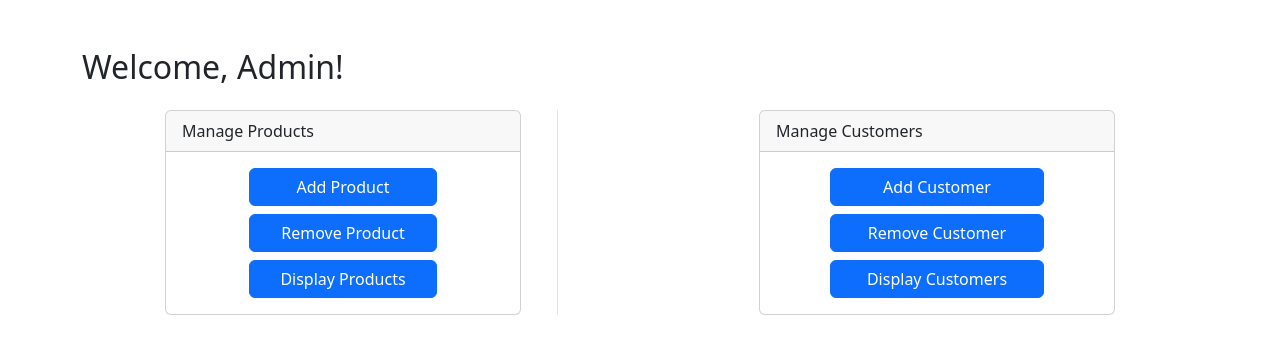
Repository: satvikagrasani/Layered-Architecture
Page: http://localhost/OnlineShoppingSystem/admindashboard.jsp
The author's editor kept a copy of each file at every save. The page is drawn from the files as they stood at one save, then again after the next save.
The browser window is 1280 px wide. The pictures show the whole page.
The page is served by Tomcat 9.

Above is the page before, as saved 2023-09-04 16:59:54.

### Layered Architecture/OnlineShoppingSystem/src/main/webapp/admindashboard.jsp
<%@ page language="java" contentType="text/html; charset=ISO-8859-1"
    pageEncoding="ISO-8859-1"%>
<!doctype html>
<html lang="en">
  <head>
    <meta charset="utf-8">
    <meta name="viewport" content="width=device-width, initial-scale=1">
    <title>Bootstrap demo</title>
    <link href="https://cdn.jsdelivr.net/npm/bootstrap@5.3.1/dist/css/bootstrap.min.css" rel="stylesheet" integrity="sha384-4bw+/aepP/YC94hEpVNVgiZdgIC5+VKNBQNGCHeKRQN+PtmoHDEXuppvnDJzQIu9" crossorigin="anonymous">

    <style>
    .line {
        border-top: 1px solid #ccc; /* Horizontal line color */
        width: 100%;
        max-width: 50px; /* Adjust the width of the line as needed */
    }
	</style>

  </head>
  <body>

    <div class="alert alert-${status}" role="alert" id="errorAlert">
	    ${successMessage}
	</div>

            <script>
                setTimeout(function() {
                    var errorAlert = document.getElementById('errorAlert');
                    if (errorAlert) {
                        errorAlert.style.display = 'none';
                    }
                }, 4000); // Hide after 4 seconds
            </script>





    <div class="container mt-5">
        <h2>Welcome, Admin!</h2>
        <div class="row mt-4 justify-content-center">
            <div class="col-md-4">
                <div class="card">
                    <div class="card-header">Manage Products</div>
                    <div class="card-body">

                        <div class="d-grid gap-2 col-7 mx-auto">
						  <button type="button" class="btn btn-primary" data-bs-toggle="modal" data-bs-target="#exampleModalp1"> Add Product </button>
						  <button type="button" class="btn btn-primary" data-bs-toggle="modal" data-bs-target="#exampleModalp2"> Remove Product </button>
						  <a type="button" class="btn btn-primary" href="${pageContext.request.contextPath}/displayProducts?method=get">Display Products</a>
					   </div>

                    </div>


                    <div class="modal fade" id="exampleModalp1" tabindex="-1" aria-labelledby="exampleModalLabel" aria-hidden="true">
					  <div class="modal-dialog">

					    <div class="modal-content">
					      <div class="modal-header">
					        <h1 class="modal-title fs-5" id="exampleModalLabel">Add Product</h1>
					        <button type="button" class="btn-close" data-bs-dismiss="modal" aria-label="Close"></button>
					      </div>

					      <div class="modal-body">

					        <div class="container">
					        	<form action="${pageContext.request.contextPath}/productData" method="post">
								  <div class="mb-3">
								    <label for="pno" class="form-label">Product no</label>
								    <input type="number" name="pno" class="form-control" id="pno" aria-describedby="emailHelp">
								  </div>
								  <div class="mb-3">
								    <label for="pname" class="form-label">Product name</label>
								    <input type="text" name="pname" class="form-control" id="pname">
								  </div>
								  <div class="mb-3">
								    <label for="pprice" class="form-label">Product price</label>
								    <input type="number" name="pprice" class="form-control" id="pprice">
								  </div>
								  <div class="mb-3">
								    <label for="pquant" class="form-label">Product quantity</label>
								    <input type="number" name="pquant" class="form-control" id="pquant">
								  </div>
								  <div class="mb-3">
								    <label for="pdquant" class="form-label">Product discount</label>
								    <input type="number" name="pdquant" class="form-control" id="pdquant">
								  </div>
								  <button type="submit" class="btn btn-primary">Submit</button>
								</form>
					        </div>

					      </div>

					    </div>
					  </div>
					</div>



					<div class="modal fade" id="exampleModalp2" tabindex="-1" aria-labelledby="exampleModalLabel" aria-hidden="true">
					  <div class="modal-dialog">
					    <div class="modal-content">
					      <div class="modal-header">
					        <h1 class="modal-title fs-5" id="exampleModalLabel">Remove Product</h1>
					        <button type="button" class="btn-close" data-bs-dismiss="modal" aria-label="Close"></button>
					      </div>
					      <div class="modal-body">
					        <div class="container">
					        	<form action="${pageContext.request.contextPath}/deleteProduct" method="post">
								  <div class="mb-3">
								    <label for="pno" class="form-label">Product no</label>
								    <input type="number" name="pno" class="form-control" id="pno" aria-describedby="emailHelp">
								  </div>
								  <div class="mb-3">
								    <label for="pname" class="form-label">Product name</label>
								    <input type="text" name="pname" class="form-control" id="pname">
								  </div>

								  <button type="submit" class="btn btn-danger">Remove</button>

								</form>
					        </div>
					      </div>

					    </div>
					  </div>
					</div>




                </div>
            </div>



            <div class="col-md-2 border-start ms-4 "></div>


            <div class="col-md-4 ">
                <div class="card me-6">
                    <div class="card-header">Manage Customers</div>
                    <div class="card-body">

                    <div class="d-grid gap-2 col-8 mx-auto">
						  <button type="button" class="btn btn-primary" data-bs-toggle="modal" data-bs-target="#exampleModal"> Add Customer </button>
						  <button type="button" class="btn btn-primary" data-bs-toggle="modal" data-bs-target="#exampleModal1"> Remove Customer </button>
						  <a type="button" class="btn btn-primary" href="${pageContext.request.contextPath}/displayCustomers?method=get">Display Customers</a>

					</div>

					</div>


					<div class="modal fade" id="exampleModal" tabindex="-1" aria-labelledby="exampleModalLabel" aria-hidden="true">
					  <div class="modal-dialog">

					    <div class="modal-content">
					      <div class="modal-header">
					        <h1 class="modal-title fs-5" id="exampleModalLabel">Add Customer</h1>
					        <button type="button" class="btn-close" data-bs-dismiss="modal" aria-label="Close"></button>
					      </div>

					      <div class="modal-body">

					        <div class="container">
					        	<form action="${pageContext.request.contextPath}/customerData" method="post">
								  <div class="mb-3">
								    <label for="exampleInputEmail1" class="form-label">Enter id</label>
								    <input type="number" name="cusid" class="form-control" id="cusid" aria-describedby="emailHelp">
								  </div>
								  <div class="mb-3">
								    <label for="cusemail" class="form-label">Enter email</label>
								    <input type="email" name="cusemail" class="form-control" id="cusemail">
								  </div>
								  <div class="mb-3">
								    <label for="cusname" class="form-label">Enter name</label>
								    <input type="text" name="cusname" class="form-control" id="cusname">
								  </div>
								  <div class="mb-3">
								    <label for="cuspass" class="form-label">Enter password</label>
								    <input type="text" name="cuspass" class="form-control" id="cuspass">
								  </div>
								  <div class="mb-3">
								    <label for="cusbal" class="form-label">Initial balance</label>
								    <input type="text" name="cusbal" class="form-control" id="cusbal">
								  </div>
								  <button type="submit" class="btn btn-primary">Submit</button>
								</form>
					        </div>
					      </div>

					    </div>
					  </div>
					</div>




					<div class="modal fade" id="exampleModal1" tabindex="-1" aria-labelledby="exampleModalLabel" aria-hidden="true">
					  <div class="modal-dialog">
					    <div class="modal-content">
					      <div class="modal-header">
					        <h1 class="modal-title fs-5" id="exampleModalLabel">Remove Customer</h1>
					        <button type="button" class="btn-close" data-bs-dismiss="modal" aria-label="Close"></button>
					      </div>
					      <div class="modal-body">
					        <div class="container">
					        	<form action="${pageContext.request.contextPath}/deleteCustomer" method="post">
								  <div class="mb-3">
								    <label for="cusid" class="form-label">Enter id</label>
								    <input type="number" name="cusid" class="form-control" id="cusid" aria-describedby="emailHelp">
								  </div>
								  <div class="mb-3">
								    <label for="cusemail" class="form-label">Enter email</label>
								    <input type="email" name="cusemail" class="form-control" id="cusemail">
								  </div>


								  <button type="submit" class="btn btn-danger">Remove</button>
								</form>
					        </div>
					      </div>

					    </div>
					  </div>
					</div>



                    </div>
                </div>
            </div>


        </div>
    </div>



    <script src="https://cdn.jsdelivr.net/npm/bootstrap@5.3.1/dist/js/bootstrap.bundle.min.js" integrity="sha384-HwwvtgBNo3bZJJLYd8oVXjrBZt8cqVSpeBNS5n7C8IVInixGAoxmnlMuBnhbgrkm" crossorigin="anonymous"></script>

    <script src="https://cdn.jsdelivr.net/npm/@popperjs/core@2.11.8/dist/umd/popper.min.js" integrity="sha384-I7E8VVD/ismYTF4hNIPjVp/Zjvgyol6VFvRkX/vR+Vc4jQkC+hVqc2pM8ODewa9r" crossorigin="anonymous"></script>
<script src="https://cdn.jsdelivr.net/npm/bootstrap@5.3.1/dist/js/bootstrap.min.js" integrity="sha384-Rx+T1VzGupg4BHQYs2gCW9It+akI2MM/mndMCy36UVfodzcJcF0GGLxZIzObiEfa" crossorigin="anonymous"></script>

  </body>
</html>

After the next save:
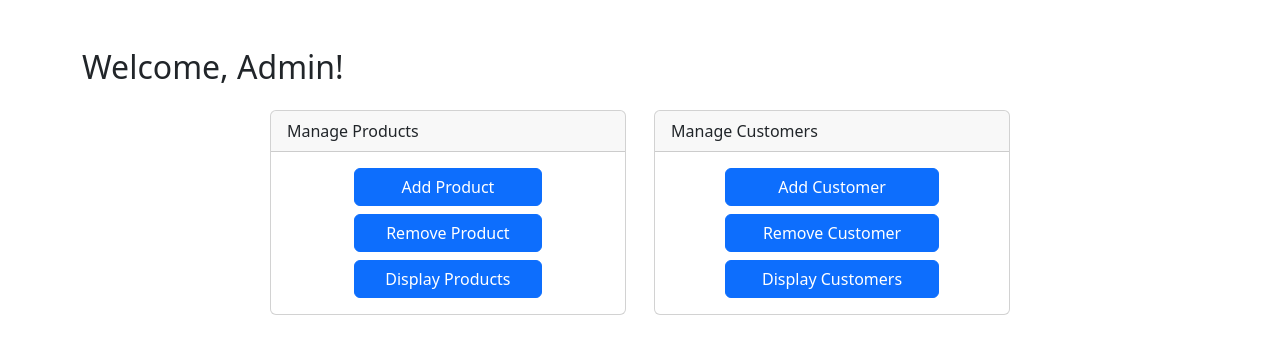
Saved 55 s later.
--- a/Layered Architecture/OnlineShoppingSystem/src/main/webapp/admindashboard.jsp
+++ b/Layered Architecture/OnlineShoppingSystem/src/main/webapp/admindashboard.jsp
@@ -134,9 +134,7 @@
             </div>
 
 
-
-            <div class="col-md-2 border-start ms-4 "></div>
-
+            &nbsp;
 
             <div class="col-md-4 ">
                 <div class="card me-6">
